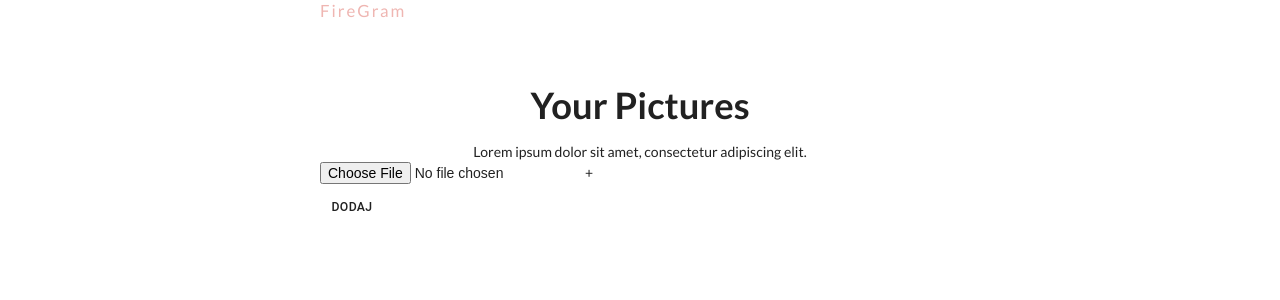
Repository: gregorskrinjar/react_ita
Page: / (app in frontend/)
An editor plug-in stored every save of this project. The page is shown before and after the next save, followed by the edit.
The browser window is 1280 px wide. The pictures show the whole page.
The page's requests for data from a server got no answer. The project was rebuilt for these pictures with package versions that can differ from the ones it lists, and the page was loaded fresh each time. No one was signed in, and anything a server would have sent is missing. Also part of the build but not shown: frontend/src/Header.jsx, frontend/src/Home.js, frontend/src/components/accountBox/common.jsx, frontend/src/components/marginer/index.jsx, frontend/src/components/accountBox/accountContext.js, frontend/src/api/axiosUserAuth.js, frontend/src/components/accountBox/loginForm.jsx, frontend/src/components/accountBox/signupForm.jsx and 6 more.

Above is the page before, as saved 2021-06-01 00:46:27.

### frontend/src/index.js
import React from 'react';
import ReactDOM from 'react-dom';
import './index.css';
import App from './App';
import reportWebVitals from './reportWebVitals';
import { BrowserRouter } from 'react-router-dom';
import 'semantic-ui-css/semantic.min.css'

ReactDOM.render(
  <BrowserRouter>
    <App />
    </BrowserRouter>,
  document.getElementById('root')
);

// If you want to start measuring performance in your app, pass a function
// to log results (for example: reportWebVitals(console.log))
// or send to an analytics endpoint. Learn more: https://bit.ly/CRA-vitals
reportWebVitals();

### frontend/src/index.css
/* @import url("https://fonts.googleapis.com/css2?family=Poppins:wght@400;600;700;800&display=swap"); */
@import url('https://fonts.googleapis.com/css2?family=Noto+Serif:wght@400;700&display=swap');

:root{
  --primary: #efb6b2;
  --secondary: #4e4e4e;
  --error: #ff4a4a;
}

html,
body {
  font-family: "Noto Serif";
  color: #4e4e4e;
  /* width: 80%;
  height: 100%; */
  margin: auto !important;
  overflow-x: hidden;
}

.App{
  max-width: 960px;
  margin: 0 auto;
}

.title h1{
  color: #efb6b2;
  font-size: 1.2rem;
  letter-spacing: 2px;
  font-weight: normal;
}
.title h2, .title p{
  text-align: center;
}
.title h2{
  margin-top: 60px;
  font-size: 2.6rem;
}

* {
  box-sizing: border-box;
}

body {
  margin: 0;
  font-family: "Poppins", -apple-system, BlinkMacSystemFont, 'Segoe UI', 'Roboto', 'Oxygen',
    'Ubuntu', 'Cantarell', 'Fira Sans', 'Droid Sans', 'Helvetica Neue', 'Noto',
    sans-serif;
  -webkit-font-smoothing: antialiased;
  -moz-osx-font-smoothing: grayscale;
}

code {
  font-family: source-code-pro, Menlo, Monaco, Consolas, 'Courier New',
    monospace;
}
/* progress bar styles */
.progress-bar{
  height: 5px;
  background: #efb6b2;
  margin-top: 20px;
}

/* image grid styles */
.img-grid{
  margin: 20px auto;
  display: grid;
  grid-template-columns: 1fr 1fr 1fr;
  grid-gap: 40px;
}
.img-wrap{
  overflow: hidden;
  height: 0;
  padding: 50% 0;
  /* padding controls height, will always be perfectly square regardless of width */
  position: relative;
  opacity: 0.8;
}
.img-wrap img{
  min-width: 100%;
  min-height: 100%;
  max-width: 150%;
  position: absolute;
  top: 0;
  left: 0;
}

/* modal styles */
.backdrop{
  display: flex;
  flex-direction:row;
  position: fixed;
  top: 0;
  left: 0;
  width: 100%;
  height: 100%;
  background: rgba(0,0,0,0.5);
}
.backdrop img{
  display: block;
  max-width: 100%;
  max-height: 100%;
  margin: 60px auto;
  box-shadow: 3px 5px 7px rgba(0,0,0,0.5);
  border: 3px solid white;
}
/* Commentar */
.centered {
  height: 100vh; /* Magic here */
  display: flex;
  justify-content: center;
  align-items: center;
}

### frontend/src/App.js
//import './App.css';
import 'bootstrap/dist/css/bootstrap.min.css';
import React from 'react';
import Home from "./Home";
import Header from "./Header";
import { BrowserRouter, Switch, Route, Link, Redirect, Router } from 'react-router-dom';
import PrijavnaFormaMain from './PrijavnaFormaMain';
import GalerijaMain from './GalerijaMain';
import ProtectedRoute from '../src/routes/ProtectedRoute'
//import "~bootstrap/scss/bootstrap";

function checkAuth(nextState, replaceState) {
  let { loggedIn } = true;
}
const isAuth = localStorage.getItem('token');

function App() {
  return (

    <React.Fragment>
      <BrowserRouter data-testid="router">
        <Switch>
          <Route exact path='/' component={GalerijaMain} />
          <Route exact path='/Login' component={PrijavnaFormaMain} />
          {/* <Route exact path='/Home' component={Home} /> */}

        </Switch>
        <ProtectedRoute exact path='/Home' component={Home} isAuth={isAuth} />
      </BrowserRouter>
    </React.Fragment>
  )
}

export default App;

### frontend/src/GalerijaMain.js
import { Grid } from "@material-ui/core";
import { useState } from "react";
import ImageGrid from "./components/gallery/ImageGrid";
import Modal from "./components/gallery/Modal";
import Title from "./components/gallery/Title";
import UploadForm from "./components/gallery/UploadForm";

function GalerijaMain() {
  const [selectedImg, setSelectedImg] = useState(null);

  return (
    <Grid className="App" container direction="column">
      <Grid item container>
        <Grid item xs={false} sm={2} />
        <Grid item xs={12} sm={8}>
          <Title />
          <UploadForm />
          <ImageGrid
            selectedImg={selectedImg}
            setSelectedImg={setSelectedImg}
          />
          {selectedImg && (
            <Modal selectedImg={selectedImg} setSelectedImg={setSelectedImg} />
          )}
        </Grid>
      </Grid>
    </Grid>
    // <div className="App">
    //   <Title/>
    //   <UploadForm />
    //   <ImageGrid selectedImg={selectedImg} setSelectedImg={setSelectedImg} />
    //   { selectedImg && <Modal selectedImg={selectedImg} setSelectedImg={setSelectedImg} /> }
    // </div>
  );
}

export default GalerijaMain;

### frontend/src/routes/ProtectedRoute.js
import React from 'react'
import { Route, Redirect } from 'react-router-dom';

function ProtectedRoute({ isAuth: isAuth, component: Component, ...rest }) {
    return (
        <Route {...rest} render={(props) => {
            if (isAuth) {
                return <Component />
            } else {
                return <Redirect to={{ pathname: '/', state: { from: props.location } }} />
            }
        }} />
    )
}

export default ProtectedRoute

### frontend/src/App.css
.App {
  /* text-align: center; */
}

.App-logo {
  height: 40vmin;
  pointer-events: none;
}

@media (prefers-reduced-motion: no-preference) {
  .App-logo {
    animation: App-logo-spin infinite 20s linear;
  }
}

.App-header {
  background-color: #282c34;
  min-height: 100vh;
  display: flex;
  flex-direction: column;
  align-items: center;
  justify-content: center;
  font-size: calc(10px + 2vmin);
  color: white;
}

.App-link {
  color: #61dafb;
}
.nav-link{
  font-family: 'Roboto', sans-serif;
  color: #2699FB !important;
}
.jumbotron {
  background-color : rgb(241, 196, 15, 0.3) !important ;
}
@keyframes App-logo-spin {
  from {
    transform: rotate(0deg);
  }
  to {
    transform: rotate(360deg);
  }
}

### frontend/src/components/gallery/ImageGrid.js
import React from "react";
import useFirestore from "../../hooks/useFirestore";
import { motion } from "framer-motion";
import { makeStyles } from "@material-ui/core/styles";
import { red } from "@material-ui/core/colors";
import Commentar from "../comments/Comment";
import ImageCard from "./ImageCard";
import Grid from "@material-ui/core/Grid";

const ImageGrid = ({ selectedImg, setSelectedImg }) => {
  //const { docs } = useFirestore("images");

  return (
    // <div className="img-grid">
    //   {docs &&
    //     docs.map((doc) => (
    //       <motion.div
    //         className="img-wrap"
    //         key={doc.id}
    //         layout
    //         whileHover={{ opacity: 1 }}
    //         onClick={() => setSelectedImg({ url: doc.url, id: doc.id })}
    //       >
    //         <motion.img
    //           src={doc.url}
    //           alt="upload pic"
    //           initial={{ opacity: 0 }}
    //           animate={{ opacity: 1 }}
    //           transition={{ delay: 1 }}
    //         />
    //       </motion.div>
    //     ))}
    // </div>
    <Grid container direction="column" justify="center" alignItems="stretch" >
      <ImageCard selectedImg={selectedImg} setSelectedImg={setSelectedImg} />
    </Grid>
  );
};

export default ImageGrid;

### frontend/src/components/gallery/UploadForm.js
import React, { useState } from "react";
import ProgressBar from "../gallery/ProgressBar";

const UploadForm = () => {
  const [file, setFile] = useState(null);
  const [error, setError] = useState(null);

  const types = ["image/png", "image/jpeg"];

  const handleChange = (e) => {
    // Dostop do izbrane slike
    let selected = e.target.files[0]; // e - event, target - input

    // selected.type - property v responsu slike
    if (selected && types.includes(selected.type)) {
      setFile(selected);
      setError("");
    } else {
      setFile(null);
      setError("Prosim izberite sliko v (png ali jpeg) formatu");
    }
  };

  return (
    <form>
      <label>
        <input type="file" onChange={handleChange} />
        <span>+</span>
      </label>
      <div className="output">
        {error && <div className="error">{error}</div>}
        {file && <div>{file.name}</div>}
        {file && <ProgressBar file={file} setFile={setFile} />}
      </div>
    </form>
  );
};

export default UploadForm;

### frontend/src/hooks/useFirestore.js
import { useState, useEffect } from 'react';
import { projectFirestore } from '../firebase/config';

const useFirestore = (collection) => {
    const [docs, setDocs] = useState([]);

    useEffect(() => {
        const unsub = projectFirestore.collection(collection)
            .orderBy('createdAt', 'desc')
            .onSnapshot((snap) => {
                let documents = [];
                snap.forEach(doc => {
                    documents.push({ ...doc.data(), id: doc.id });
                }) // gre skozi kolekcijo v trenutnem casu
                setDocs(documents);
            })
            return () => unsub(); // ko ne uporabljamo več se odjavimo
    }, [collection])

    return { docs }
}

export default useFirestore;

### frontend/src/components/gallery/ImageCard.js
import React, { useState, useEffect } from "react";
import useFirestore from "../../hooks/useFirestore";
import { motion } from "framer-motion";
import { makeStyles } from "@material-ui/core/styles";
import clsx from "clsx";
import Card from "@material-ui/core/Card";
import CardHeader from "@material-ui/core/CardHeader";
import CardMedia from "@material-ui/core/CardMedia";
import CardContent from "@material-ui/core/CardContent";
import CardActions from "@material-ui/core/CardActions";
import Collapse from "@material-ui/core/Collapse";
import Avatar from "@material-ui/core/Avatar";
import IconButton from "@material-ui/core/IconButton";
import Typography from "@material-ui/core/Typography";
import { red } from "@material-ui/core/colors";
import FavoriteIcon from "@material-ui/icons/Favorite";
import ShareIcon from "@material-ui/icons/Share";
import ExpandMoreIcon from "@material-ui/icons/ExpandMore";
import MoreVertIcon from "@material-ui/icons/MoreVert";
import Grid from "@material-ui/core/Grid";
import Commentar from "../comments/Comment";
import { projectFirestore } from "../../firebase/config";
import { Button } from "@material-ui/core";

const useStyles = makeStyles((theme) => ({
  root: {
    padding: 20,
    "&:last-child": {
      paddingBottom: 10,
    },
  },
  media: {
    height: 0,
    paddingTop: "56.25%", // 16:9
  },
  expand: {
    transform: "rotate(0deg)",
    marginLeft: "auto",
    transition: theme.transitions.create("transform", {
      duration: theme.transitions.duration.shortest,
    }),
  },
  expandOpen: {
    transform: "rotate(180deg)",
  },
  avatar: {
    backgroundColor: red[500],
  },
}));

function ImageCard({ selectedImg, setSelectedImg }) {
  //const { docs } = useFirestore("images");
  const classes = useStyles();
  const [expanded, setExpanded] = React.useState(-1);
  const [commentImg, setCommentImg] = useState(null);

  const [lastDocs, setLastDocs] = useState();
  const [images, setImages] = useState([]);
  const [loading, setLoading] = useState(false);



  useEffect(() => {
    var first = projectFirestore
      .collection("images")
      .orderBy("createdAt", "desc")
      .limit(2);

    return first.get().then((documentSnapshots) => {
      // Get the last visible document
      var lastVisible =
        documentSnapshots.docs[documentSnapshots.docs.length - 1];
      console.log("last", lastVisible);

      const isCollectionEmpty = documentSnapshots.size == 0;
      if (isCollectionEmpty) {
        let documents = [];
        documentSnapshots.forEach((doc) => {
          documents.push({ ...doc.data(), id: doc.id });
        }); // gre skozi kolekcijo v trenutnem casu
        setImages((images) => [...images, ...documents]);
        setLastDocs(lastVisible);
        setLoading(false)
      }
    });
  }, []);

  const fetchImages = () => {
    setLoading(true);
    var first = projectFirestore
      .collection("images")
      .orderBy("createdAt", "desc")
      .limit(2);

    return first.get().then((documentSnapshots) => {
      // Get the last visible document
      var lastVisible =
        documentSnapshots.docs[documentSnapshots.docs.length - 1];
      console.log("last", lastVisible);

      // Construct a new query starting at this document,
      // get the next 25 cities.
      var next = projectFirestore
        .collection("images")
        .orderBy("createdAt")
        .startAfter(lastDocs)
        .limit(2);

        const isCollectionEmpty = documentSnapshots.size == 0;
      if (isCollectionEmpty) {
        let documents = [];
        documentSnapshots.forEach((doc) => {
          documents.push({ ...doc.data(), id: doc.id });
        }); // gre skozi kolekcijo v trenutnem casu
        setImages((images) => [...images, ...documents]);
        setLastDocs(lastVisible);
        setLoading(false)
      }
    });
  };

  const handleExpandClick = (i) => {
    setExpanded(expanded === i ? -1 : i);
  };

  return (
    <div>
      {images &&
        images.map((doc, i) => (
          <Grid item className={classes.root}>
            <Card>
              <CardHeader
                avatar={
                  <Avatar aria-label="recipe" className={classes.avatar}>
                    R
                  </Avatar>
                }
                action={
                  <IconButton aria-label="settings">
                    <MoreVertIcon />
                  </IconButton>
                }
                title="Shrimp and Chorizo Paella"
                subheader="September 14, 2016"
              />
              <CardMedia
                className={classes.media}
                image={doc.url}
                key={doc.id}
                title="Paella dish"
                onClick={() => setSelectedImg({ url: doc.url, id: doc.id })}
              />
              <CardContent>
                <Typography variant="body2" color="textSecondary" component="p">
                  Zdravo
                </Typography>
              </CardContent>
              <CardActions
                disableSpacing
                onClick={() => setCommentImg({ url: doc.url, id: doc.id })}
              >
                <IconButton aria-label="add to favorites">
                  <FavoriteIcon />
                </IconButton>
                <IconButton aria-label="share">
                  <ShareIcon />
                </IconButton>
                <IconButton
                  className={clsx(classes.expand, {
                    [classes.expandOpen]: expanded,
                  })}
                  onClick={() => handleExpandClick(i)}
                  aria-expanded={expanded === i}
                  aria-label="show more"
                >
                  <ExpandMoreIcon />
                </IconButton>
              </CardActions>
              <Collapse in={expanded === i} timeout="auto" unmountOnExit>
                <CardContent>
                  <Commentar commentImg={commentImg} />
                </CardContent>
              </Collapse>
            </Card>
          </Grid>
        ))}
        {!loading && <Button onClick={fetchImages}>DODAJ</Button>}
    </div>
  );
}

export default ImageCard;

### frontend/src/firebase/config.js
import firebase from 'firebase/app'
import 'firebase/storage';
import 'firebase/firestore';

// Your web app's Firebase configuration
// For Firebase JS SDK v7.20.0 and later, measurementId is optional
var firebaseConfig = {
    apiKey: "AIzaSyBpoiJ30j3v_EE4pRvVjp2vnZuO0cnRtHk",
    authDomain: "fir-galerija-api.firebaseapp.com",
    projectId: "fir-galerija-api",
    storageBucket: "fir-galerija-api.appspot.com",
    messagingSenderId: "1066465993643",
    appId: "1:1066465993643:web:a01bf39219217159ae28ee",
    measurementId: "G-2RMNF5GVPH"
};
// Initialize Firebase
firebase.initializeApp(firebaseConfig);
//firebase.analytics();

// Initialize Storage service
const projectStorage = firebase.storage();

// Initialize Firestore service
const projectFirestore = firebase.firestore();

const timestamp = firebase.firestore.FieldValue.serverTimestamp;

export { projectStorage, projectFirestore, timestamp };

Loaded but not shown: frontend/public/index.html (common file); frontend/src/reportWebVitals.js (common file); frontend/src/components/gallery/Title.js (common file)

After the next save:
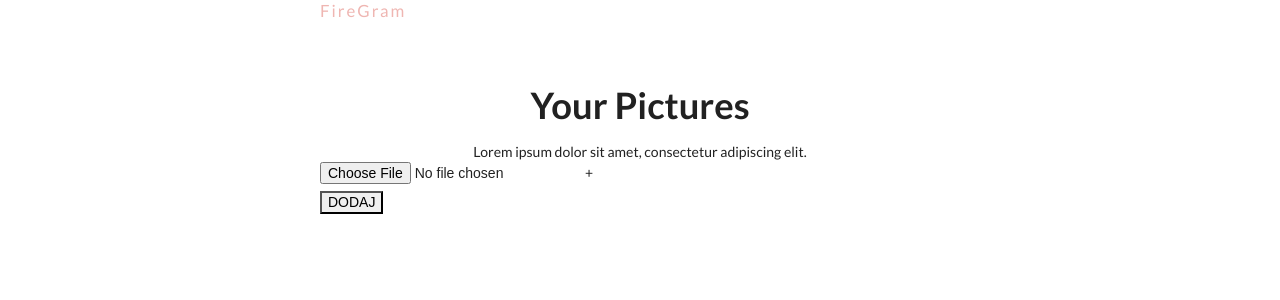
Saved 89 s later.
--- a/frontend/src/components/gallery/ImageCard.js
+++ b/frontend/src/components/gallery/ImageCard.js
@@ -184,7 +184,7 @@ function ImageCard({ selectedImg, setSelectedImg }) {
             </Card>
           </Grid>
         ))}
-        {!loading && <Button onClick={fetchImages}>DODAJ</Button>}
+        {!loading && <button onClick={fetchImages}>DODAJ</button>}
     </div>
   );
 }
